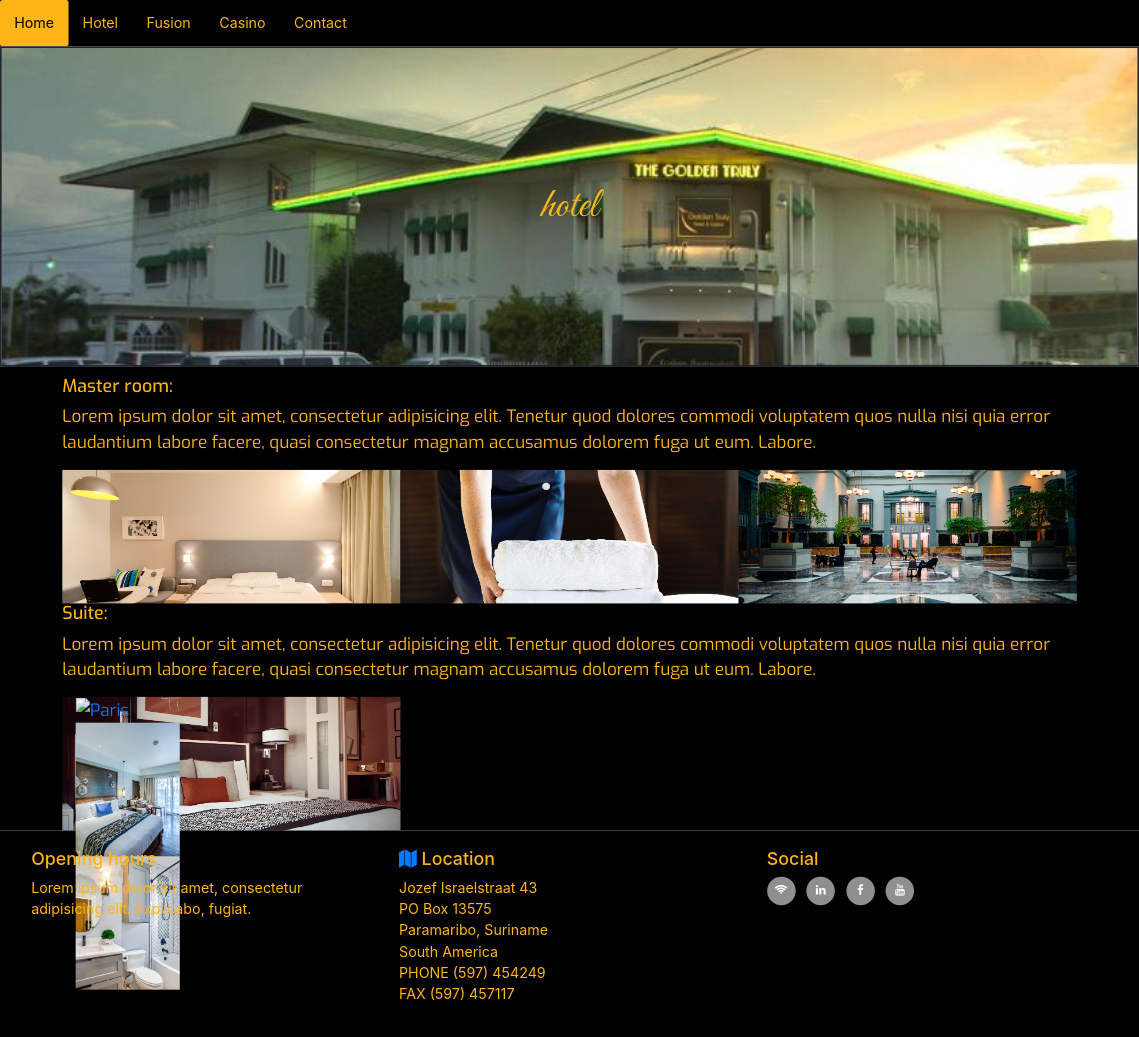
Repository: Code-Institute-Submissions/anthonycaf-Milestone1
Page: hotel.html
The author's editor kept a record of every edit. The page is drawn from the files as they stood at one moment, then again after the next edit.
The browser window is 1280 px wide. The pictures show the whole page, at 89% of full size.

Above is the page before.
Not found: paris.jpg

After the next edit:
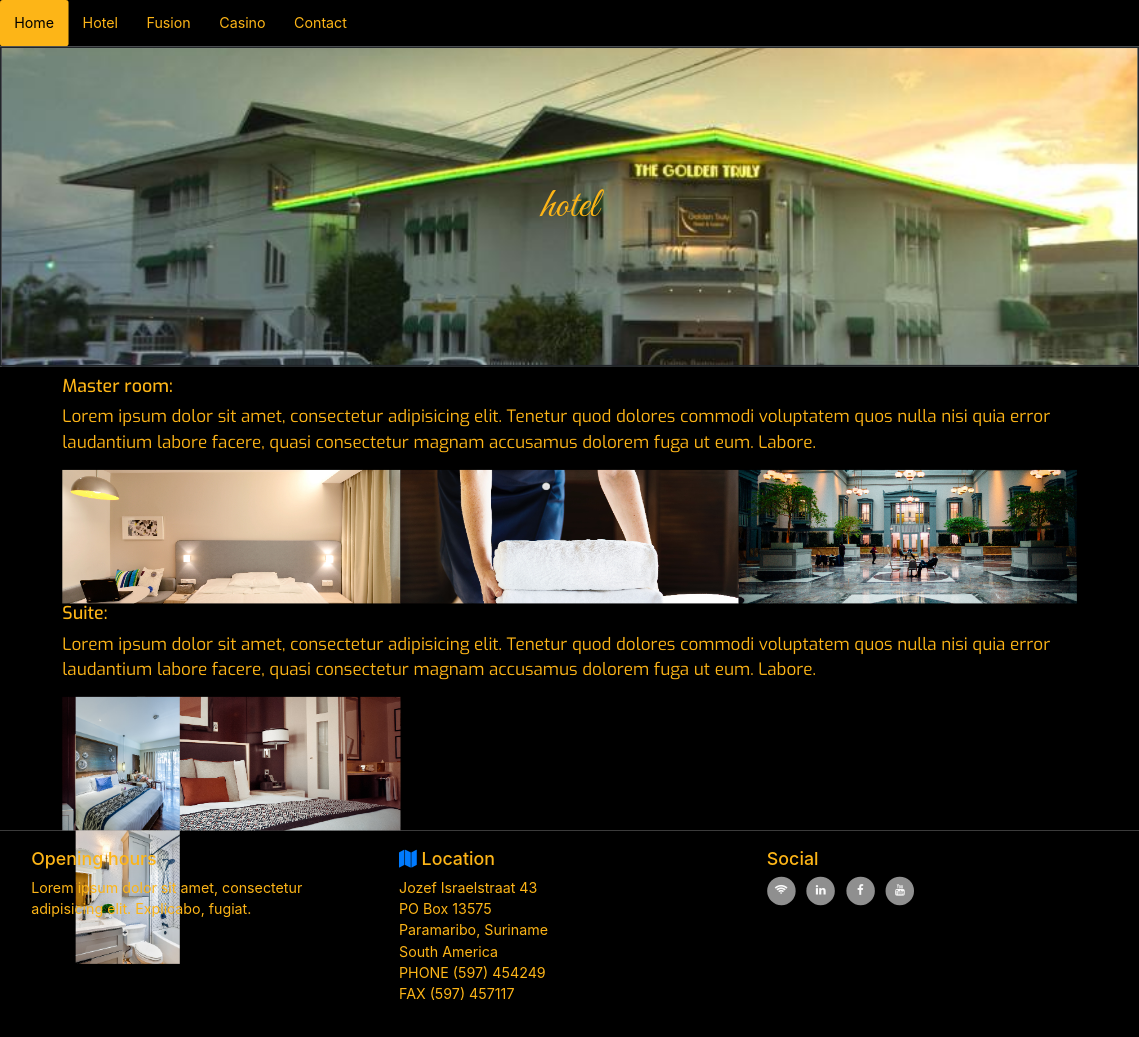
The edit:
--- a/hotel.html
+++ b/hotel.html
@@ -49,9 +49,7 @@
                error laudantium labore facere, quasi consectetur magnam accusamus
                dolorem fuga ut eum. Labore.</p>
                <div class="suite-img1 col-4 bg-img-size">
-               <a target="_blank" href="paris.jpg">
-  <img src="paris.jpg" alt="Paris" style="width:150px">
-</a>
+
                 <div class="suite-img2 col-4 bg-img-size">
                  <a href="hotel.html"></a></div>
                  <div class="suite-img3 col-4 bg-img-size">
